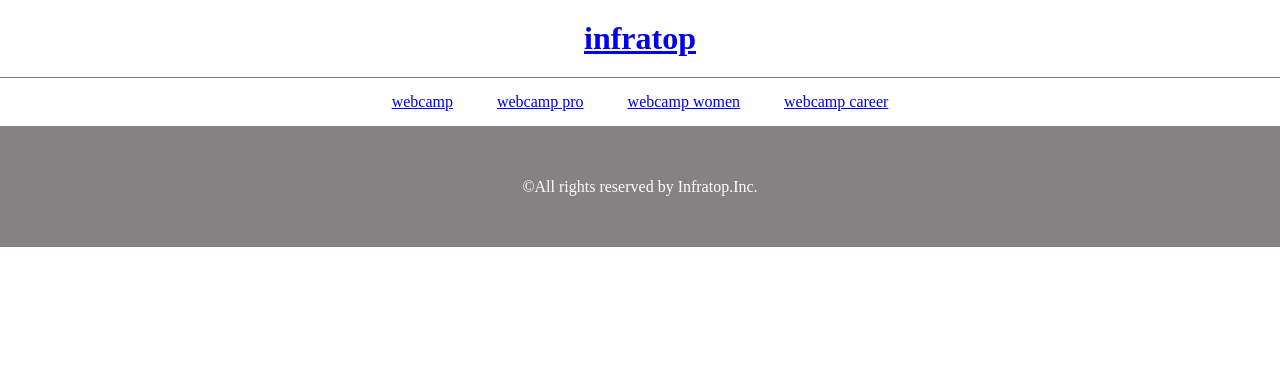
Repository: pooh0721/-
Page: chapter5/index.html
The author's editor kept a record of every edit. The page is drawn from the files as they stood at one moment, then again after the next edit.
The browser window is 1280 px wide. The pictures show the whole page.

Above is the page before.

### chapter5/index.html
<!DOCTYPE html>
<html lang="ja">
  <head>
    <meta charset="UTF-8" />
    <!-- CSSファイルの読み込み -->
    <link rel="stylesheet" href="style.css" />
    <title>CARAVAN</title>
  <head>
    <body>
      <header>
        <h1 class="heading">
          <a href="index.html">infratop
          </a>
        </h1>
      </header>
      <nav>
        <ul class="nav-list">
          <li class="nav-list-item">
            <a href="index.html" >webcamp</a>
          </li>
           <li class="nav-list-item">
            <a href="index.html" >webcamp pro</a>
          </li>
           <li class="nav-list-item">
            <a href="index.html" >webcamp women</a>
          </li>
           <li class="nav-list-item">
            <a href="index.html" >webcamp career</a>
          </li>


        </ul>
      </nav>


      <footer>
        <p class="footer-text"> ©All rights reserved by Infratop.Inc.</p>
      </footer>
    </body>



  <html>

### chapter5/style.css
* {
  margin: 0;
  padding: 0;
  box-sizing: border-box;
}

header {
  width: 100%; /* 横幅90% */
  padding: 20px 0;
  margin: 0 auto;
  text-align: center;
}


.nav-list {
  text-align: center;
  padding:15px ;
   margin: 0 auto;
  border-bottom: 1px solid #848282;
  border-top: 1px solid #848282;
  }

.nav-list-item {
  list-style: none;
  display: inline-block;
  margin: 0 20px;
}

.main {
  width: 800px;
  margin: 50px auto;
  display: flex;
  flex-wrap: wrap;

}

.box1 {
  width: 200px;
  height: 200px;
  background-color: #e6ffe9;
}

.box2 {
  width: 200px;
  height: 200px;
  background-color: #cbffd3;
}

.box3 {
  width: 200px;
  height: 200px;
  background-color: #aeffbd;
}

.box4 {
  width: 200px;
  height: 200px;
  background-color: #93ffab;
}

.box5 {
  width: 200px;
  height: 200px;
  background-color: #f3ffd8;
}

.box6 {
  width: 200px;
  height: 200px;
  background-color: #edffbe;
}

.box7 {
  width: 200px;
  height: 200px;
  background-color: #e9ffa5;
}

.box8 {
  width: 200px;
  height: 200px;
  background-color: #e4ff8d;
}

.box9 {
  width: 200px;
  height: 200px;
  background-color: #d9e5ff;
}

.box10 {
  width: 200px;
  height: 200px;
  background-color: #bad3ff;
}

.box11 {
  width: 200px;
  height: 200px;
  background-color: #a4c6ff;
}

.box12 {
  width: 200px;
  height: 200px;
  background-color: #8eb8ff;
}

footer {
  width: 100%;
  height: 120px;
  text-align: center;
  line-height: 120px;
  background-color: #848282;
}


footer {
  width: 100%;
  height: 120px;
  text-align: center;
  line-height: 120px;
  background-color: #848282;
}

.footer-text {
  color: #fff;
}

After the next edit:
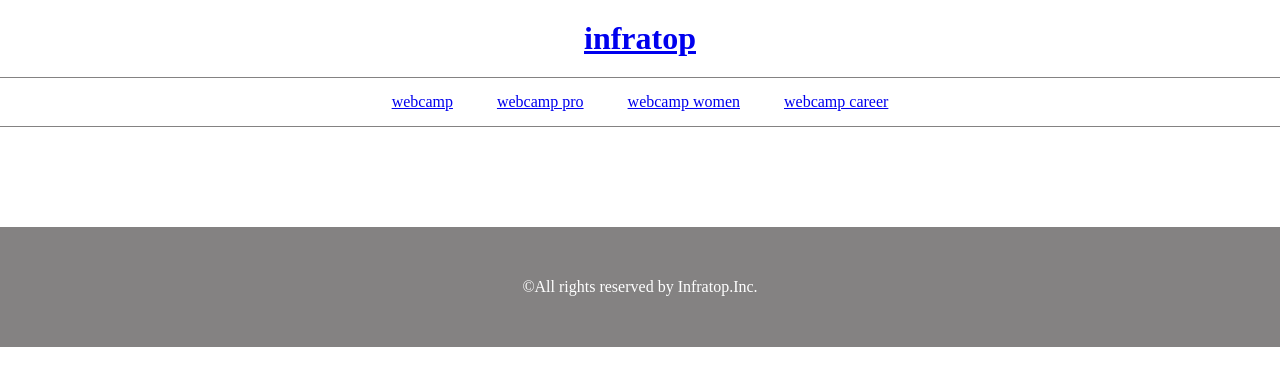
The edit:
--- a/chapter5/index.html
+++ b/chapter5/index.html
@@ -31,6 +31,31 @@
 
         </ul>
       </nav>
+      <div class="main"></div>
+
+      <div class="box"></div>
+
+      <div class="box"></div>
+
+      <div class="box"></div>
+
+      <div class="box"></div>
+
+      <div class="box"></div>
+
+      <div class="box"></div>
+
+      <div class="box"></div>
+
+      <div class="box"></div>
+
+      <div class="box"></div>
+
+      <div class="box"></div>
+
+      <div class="box"></div>
+
+      <div class="box"></div>
 
 
       <footer>
